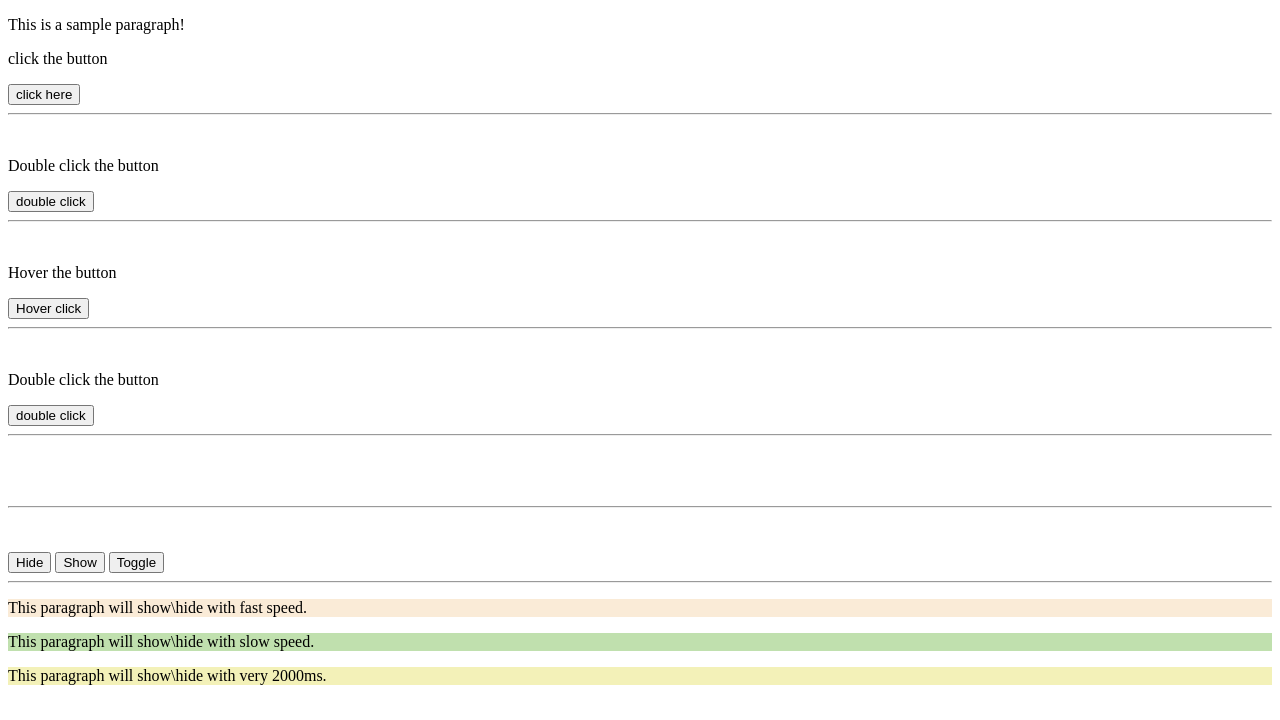
Repository: DhananjayaLakshan/Uom-Web_Design_For_Beginners
Page: Work02/index.html
The author's editor kept a copy of each file at every save. The page is drawn from the files as they stood at one save, then again after the next save.
The browser window is 1280 px wide. The pictures show the whole page.

Above is the page before, as saved 2023-11-30 21:29:09.

### Work02/index.html
<!DOCTYPE html>
<html lang="en">
<head>
    <meta charset="UTF-8">
    <meta name="viewport" content="width=device-width, initial-scale=1.0">
    <title>jquery</title>
    <script src="jquery-3.7.1.min.js"></script>
</head>
<body>
    <p id="pid">This is a sample paragraph!</p>

    <script>

        $(document).ready(function(){
            $('#pid').click(function(){
                alert('You clicked the paragraph..!!');
            })
        })

        // $('#pid').click(function(){
        //     alert('You clicked the paragraph..!!');
        // });

        // document.getElementById('pid').onclick = function(){
        //     alert('You clicked the paragraph..!!');
        // }

    </script>

    <p>click the button</p>
    <button id="btn1">click here</button>
    <br><hr><br>

    <p>Double click  the button</p>
    <button id="btn2">double click</button>
    <br><hr><br>

    <p>Hover the button</p>
    <button id="btn3">Hover click</button>
    <br><hr><br>

    <p>Double click  the button</p>
    <button id="btn4">double click</button>
    <br><hr><br>

    <script>

        $(document).ready(function(){

            $('#btn1').click(function(){
                $(this).hide();
            });

            $('#btn2').dblclick(function(){
                $(this).hide();
            });

            $('#btn3').hover(function(){
                $(this).css('background-color','pink');
            });

            $('#btn4').on({

                mouseenter:function(){
                    $(this).css("background-color", "cyan");
                },
                mouseleave: function(){
                    $(this).css("background-color", "yellow");
                }
            })


        });
    </script>

    <br><br>
    <hr><br><br>

    <button class="hideBtn">Hide</button>
    <button class="showBtn">Show</button>
    <button class="toggleBtn">Toggle</button>

    <hr>

    <p class="pfast" style="background-color: antiquewhite;">This paragraph will show\hide with fast speed.</p>
    <p class="pslow" style="background-color: rgb(192, 224, 174);">This paragraph will show\hide with slow speed.</p>
    <p class="pclass" style="background-color: rgb(243, 241, 184);">This paragraph will show\hide with very 2000ms.</p>

    <script>
        $(document).ready(function(){
            $(".hideBtn").click(function(){
                $("p.pfast").hide("fast");
                $("p.pslow").hide("slow");
                $("p.pclass").hide(2000);
            })

            $(".showBtn").click(function(){
                $("p.pfast").show("fast");
                $("p.pslow").show("slow");
                $("p.pclass").show(2000);
            })

            $(".toggleBtn").click(function(){
                $("p.pfast").toggle("fast");
                $("p.pslow").toggle("slow");
                $("p.pclass").toggle(2000);
            })
        });
    </script>





</body>
</html>

Loaded but not shown: Work02/jquery-3.7.1.min.js (library)

After the next save:
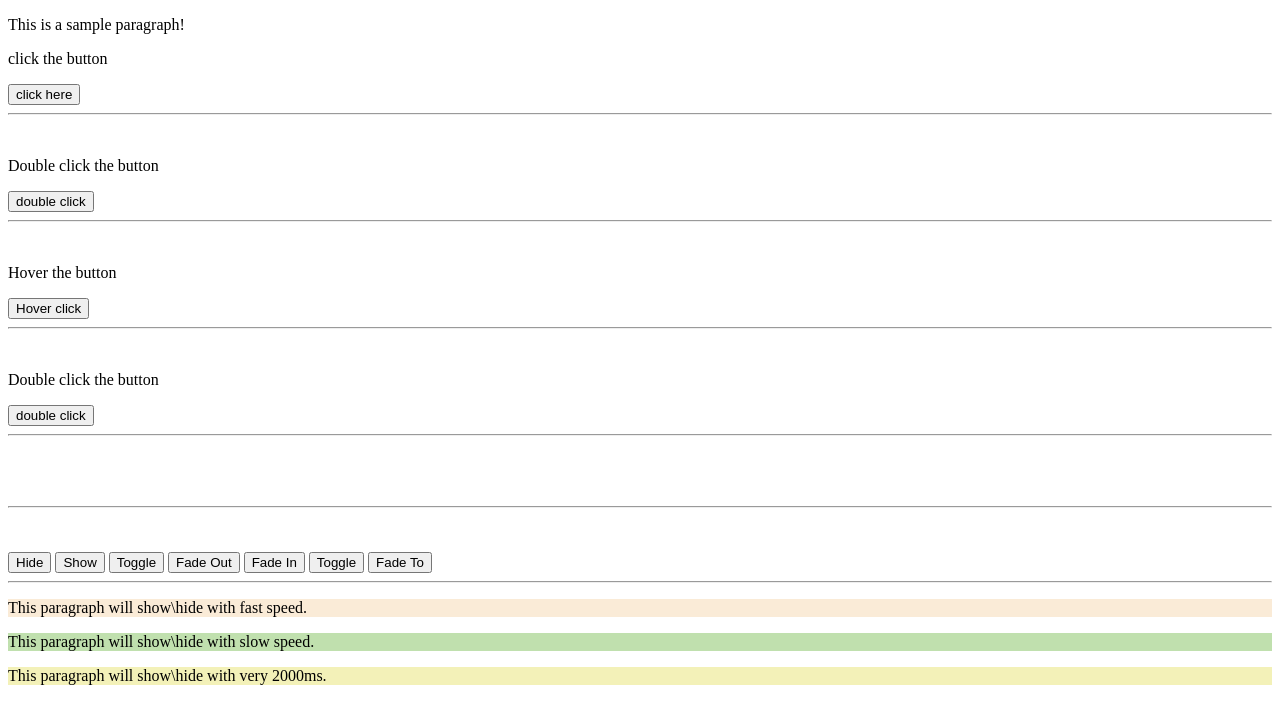
Saved 10 min 17 s later.
--- a/Work02/index.html
+++ b/Work02/index.html
@@ -79,6 +79,11 @@
     <button class="hideBtn">Hide</button>
     <button class="showBtn">Show</button>
     <button class="toggleBtn">Toggle</button>
+    <button class="fadeout">Fade Out</button>
+    <button class="fadein">Fade In</button>
+    <button class="toggle">Toggle</button>
+    <button class="fadeto">Fade To</button>
+
 
     <hr>
 
